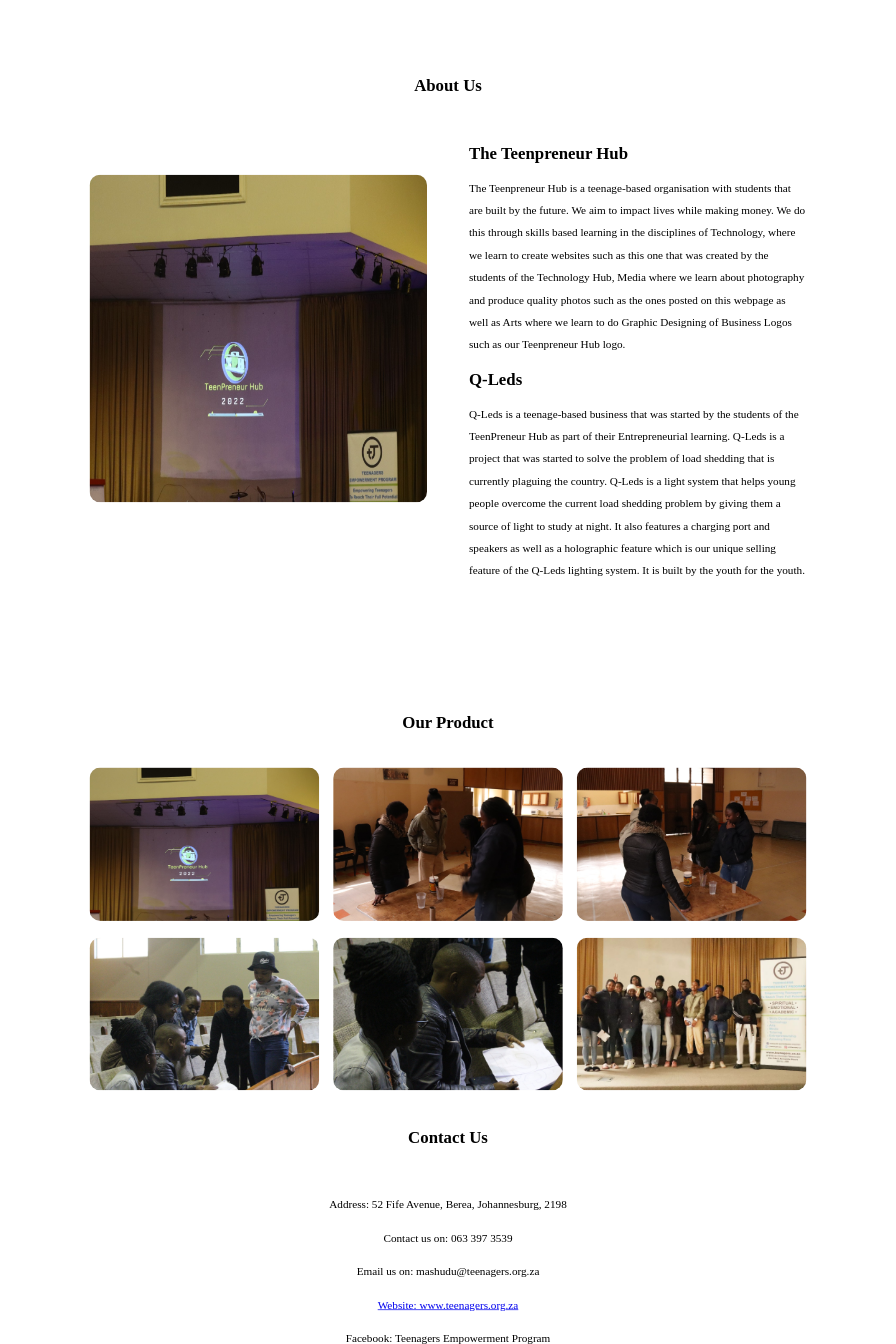
Repository: chadrackkyungu/4-BCT-TPH-Website
Page: index.html
These files come from the project's save history. The page is drawn as it stood at one moment and after the next save; the edit follows.
The browser window is 1280 px wide. The pictures show the part of the page from y = 881 to 2801 px (the page is 2874 px tall before and 2890 px after), at 70% of full size.

Above is the page before, as saved 2022-10-21 09:32:09.

After the next save:
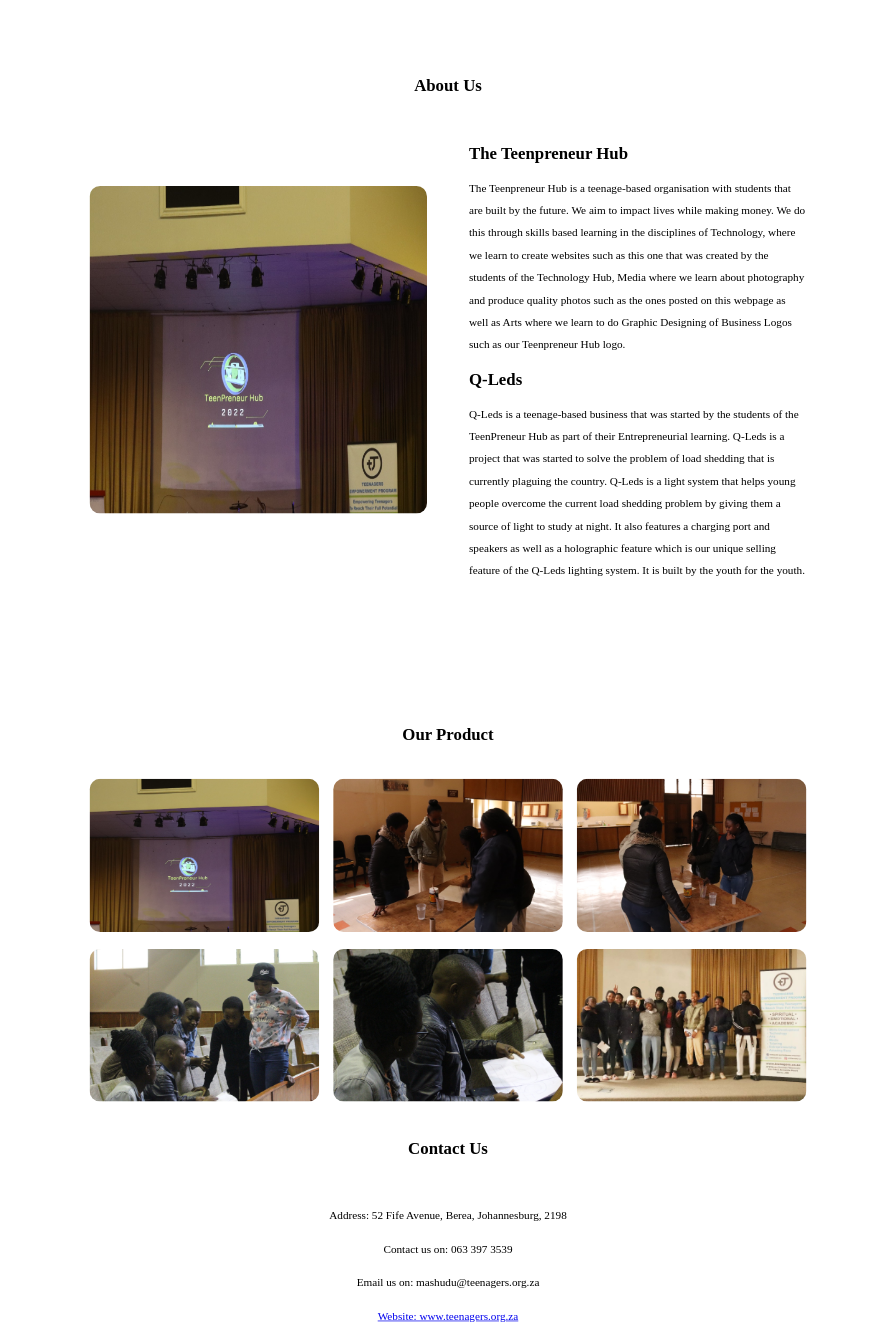
Saved 6 s later.
--- a/src/css/style.css
+++ b/src/css/style.css
@@ -73,7 +73,7 @@
 }
 
 .aboutcontainer .image-container {
-    margin-top: 4em;
+    margin-top: 5em;
 }
 
 .contentcontainer {
